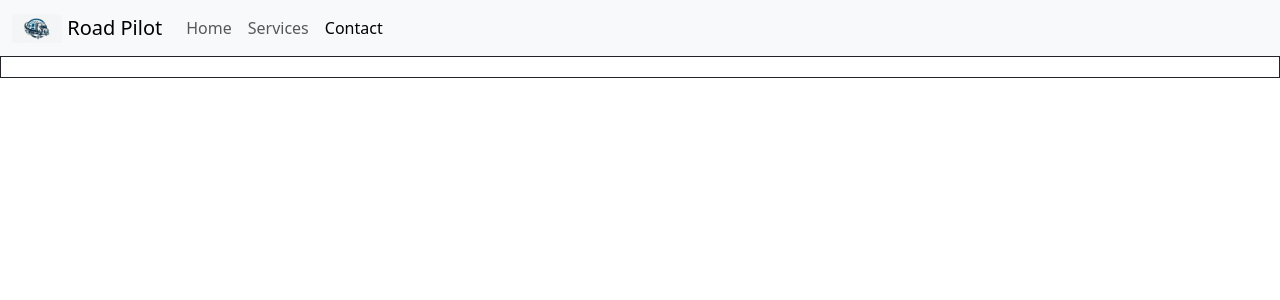
Repository: VictoriousMango/WebCreator
Page: pages/contact.html
An editor plug-in stored every save of this project. The page is shown before and after the next save, followed by the edit.
The browser window is 1280 px wide. The pictures show the whole page.

Above is the page before, as saved 2024-11-09 12:33:02.

After the next save:
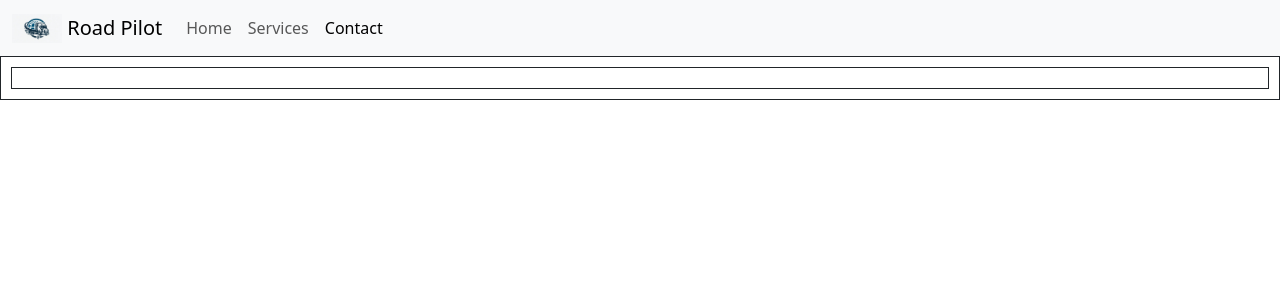
Saved 7 s later.
--- a/assets/css/contact.css
+++ b/assets/css/contact.css
@@ -4,5 +4,6 @@
 }
 
 .contact__links {
-
+    border: 1px solid;
+    padding: 10px;
 }
